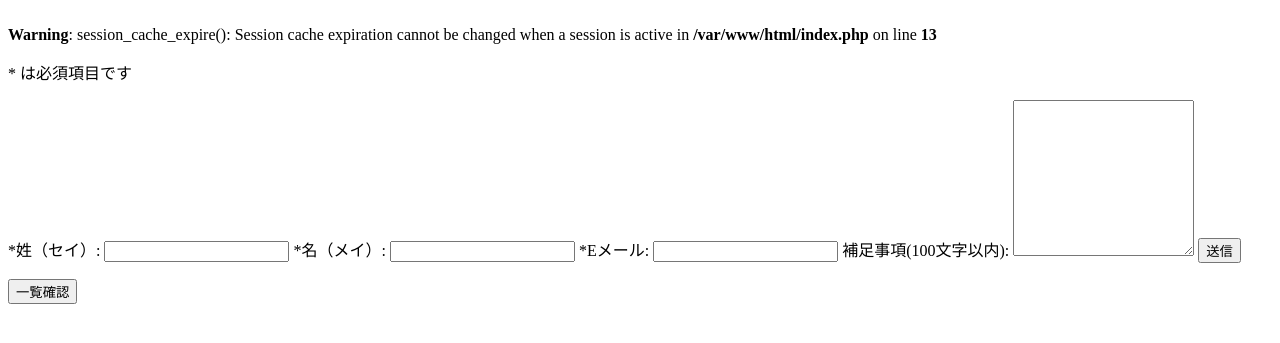
Repository: yoshiryoryo/phpform2
Page: http://localhost/
The author's editor kept a copy of each file at every save. The page is drawn from the files as they stood at one save, then again after a run of saves.
The browser window is 1280 px wide. The pictures show the whole page.
The page is run by PHP 8.4 with error messages shown; the project is at /var/www/html/.

Above is the page before, as saved 2021-03-06 23:47:55.

### index.php
<?php

// セッションIDは個人を識別するために必要なID
session_start();
function generateToken()
{
    // セキュリティ上他者からの予測を困難にするため、乱数を設定する
    $bytes = openssl_random_pseudo_bytes(16);
    return bin2hex($bytes);
}
$token = generateToken();
// sessionスタートしてからの時間
session_cache_expire(1/6);

$_SESSION['token'] = $token;


?>

<!DOCTYPE html>
<html lang="ja">
<head>
    <title>入力フォーム</title>
</head>
<body>
    <p>* は必須項目です</p>
    <form action="validation.php" method="get">
        <input type="hidden" value="$token">
        <label for="sei">*姓（セイ）:</label>
        <input type="text" name="sei" id="sei">
        <label for="mei">*名（メイ）:</label>
        <input type="text" name="mei" id="mei">
        <label for="email">*Eメール:</label>
        <input type="text" name="email" id="email">
        <label for="content">補足事項(100文字以内):</label>
        <textarea rows="10" name="content" id="content">
            </textarea>
        <input type="submit" value="送信">
    </form>
    <form action="member.php">
        <input type="submit" value="一覧確認">
    </form>

</body>
</html>

After the next 2 saves:
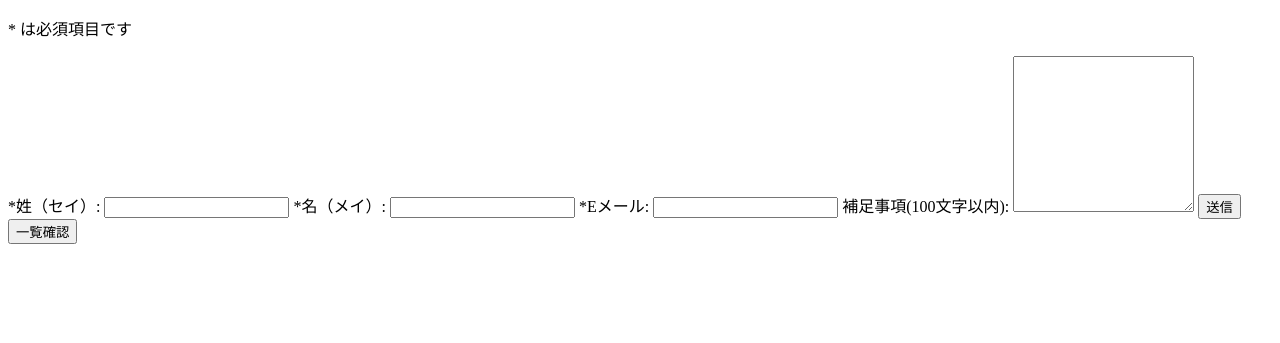
The 2 saves are shown as one change because they came seconds apart.
The last was saved 2 min 33 s later.
--- a/index.php
+++ b/index.php
@@ -9,8 +9,6 @@ function generateToken()
     return bin2hex($bytes);
 }
 $token = generateToken();
-// sessionスタートしてからの時間
-session_cache_expire(1/6);
 
 $_SESSION['token'] = $token;
 
